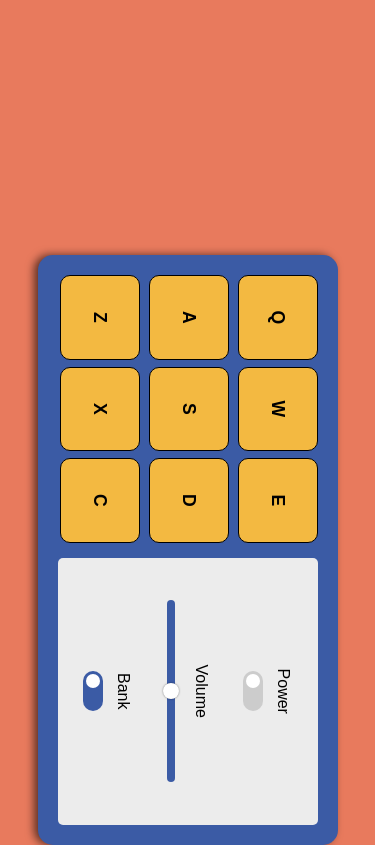
Repository: alfredoleano/drum-machine
Page: /
An editor plug-in stored every save of this project. The page is shown before and after a run of saves, followed by the edit.
The browser window is 375 px wide. The pictures show the whole page.
The project was rebuilt for these pictures with package versions that can differ from the ones it lists, and the page was loaded fresh each time.

Above is the page before, as saved 2024-06-14 13:35:27.

### src/App.js
import { useCallback, useEffect, useState } from 'react';
import './App.css';
import './styles.scss';

function App() {
  const bank1 = {
    Q: 'sounds/Heater-1.mp3',
    W: 'sounds/Heater-2.mp3',
    E: 'sounds/Heater-3.mp3',
    A: 'sounds/Heater-4_1.mp3',
    S: 'sounds/Heater-6.mp3',
    D: 'sounds/Dsc_Oh.mp3',
    Z: 'sounds/Kick_n_Hat.mp3',
    X: 'sounds/RP4_KICK_1.mp3',
    C: 'sounds/Cev_H2.mp3'
  };

  const bank2 = {
    Q: 'sounds/piano.mp3',
    W: 'sounds/jazz.wav',
    E: 'sounds/bangu.wav',
    A: 'sounds/num.wav',
    S: 'sounds/stroke.wav',
    D: 'sounds/cymbals.wav',
    Z: 'sounds/tom.wav',
    X: 'sounds/kick.wav',
    C: 'sounds/snare.wav'
  };

  const [volume, setVolume] = useState(50); // initial sound value
  const [power, setPower] = useState(false); //initial power volume
  const [bank, setBank] = useState(bank1); // initial bank value
  const [isBank1, setIsBank1] = useState(true); // initial bank toggle state

  // Function to change volume
  const changeVolume = (event) => {
    setVolume(event.target.value); // Update the state with current value of the volume slider
  };

  // Function to toggle power
  const togglePower = () => {
    setPower(!power);
  };

  // Function to switch Banks
  const toggleBank = () => {
    setBank(isBank1 ? bank2 : bank1);
    setIsBank1(!isBank1);
  }

  // Function to play sound
  const playSound = useCallback((id) => {
    if(!power) return; // Check if the power is on
    const audio = new Audio(bank[id]);
    audio.volume = volume / 100; // initial sound volume
    audio.currentTime = 0; // Set audio to beginning
    audio.play();
  }, [power, volume, bank]);

  // Use useEffect to add event listener for keydown events
  useEffect(() => {
    // Make the approptiate key play the approptiate sound
    const handleKeydown = (event) => {
      const key = event.key.toUpperCase();
      if(['Q', 'W', 'E', 'A', 'S', 'D', 'Z', 'X', 'C'].includes(key)) {
        playSound(key);

        // Add active class to the button
        const button = document.getElementById(`button-${key}`);
        if(button) {
          button.classList.add('active');
        }
      }
    };

    const handleKeyup = (event) => {
      const key = event.key.toUpperCase();
      if (['Q', 'W', 'E', 'A', 'S', 'D', 'Z', 'X', 'C'].includes(key)) {
        // Remove active class from the button
        const button = document.getElementById(`button-${key}`);
        if (button) {
          button.classList.remove('active');
        }
      }
    };

    // Add keydown event listener
    window.addEventListener('keydown', handleKeydown);
    window.addEventListener('keyup', handleKeyup);

    // Cleanup event listener on component unmount
    return () => {
      window.removeEventListener('keydown', handleKeydown);
      window.removeEventListener('keyup', handleKeyup);
    };
  }, [playSound]);

  return (
    <div className="App">
      <div id='drum-machine'>
        <div id='display'>
          <div className='buttons-grid'>
            <button id="button-Q" onClick={() => playSound('Q')}>Q</button>
            <button id="button-W" onClick={() => playSound('W')}>W</button>
            <button id="button-E" onClick={() => playSound('E')}>E</button>
            <button id="button-A" onClick={() => playSound('A')}>A</button>
            <button id="button-S" onClick={() => playSound('S')}>S</button>
            <button id="button-D" onClick={() => playSound('D')}>D</button>
            <button id="button-Z" onClick={() => playSound('Z')}>Z</button>
            <button id="button-X" onClick={() => playSound('X')}>X</button>
            <button id="button-C" onClick={() => playSound('C')}>C</button>
          </div>

          <div className='controls'>
            <div className='settings'>
              <label>Power</label>
              {/* Rounded switch */}
              <label className="switch">
                <input type="checkbox" checked={power} onChange={togglePower}/>
                <span className="slider round"></span>
              </label>
            </div>

            <div className='settings'>
              <label>Volume</label>
              <input
                type='range'
                min={0}
                max={100}
                value={volume}
                onChange={changeVolume}
                className='blue'
              />
            </div>

            <div className='settings'>
              <label>Bank</label>
              <label className="switch">
                <input type="checkbox" checked={!isBank1} onChange={toggleBank}/>
                <span className="slider bank"></span>
              </label>
            </div>
          </div>
        </div>
      </div>
    </div>
  );
}

export default App;

### src/styles.scss
$primary-color: #E87A5D;
$secondary-color: #F3B941;
$tertiary-color: #3B5BA5;

/* Apply box-sizing: border-box globally */
*,
*::before,
*::after {
  box-sizing: border-box;
}

body {
  box-sizing: border-box;
  font-family: Arial, sans-serif;
  background-color: $primary-color;
  margin: 0;
  padding: 0;
  height: 100vh;
  // display: flex;
  // align-items: center;
  // justify-content: center;
}

#drum-machine {
  width: 100vw;
  height: 100vh;
  display: flex;
  align-items: center;
  justify-content: center;
  // background-color: greenyellow;
}

#display {
  background-color: $tertiary-color;
  width: 85%;
  max-width: 590px;
  margin: 30px auto;
  padding: 20px;
  border-radius: 15px;
  box-shadow: 0 4px 8px rgba(0, 0, 0, 0.6); /* Subtle shadow */
  display: grid;
  grid-template-columns: 1fr 1fr;
  grid-auto-columns: min-content;
  gap: 15px;
}

.buttons-grid {
  display: grid;
  grid-template-columns: repeat(3, 1fr);
  grid-template-rows: repeat(3, 1fr);
  gap: 7px;
  width: 100%;
}

.buttons-grid button {
  width: 100%px;
  height: 80px;
  // width: 100%;
  // height: 100%;
  border-radius: 10px;
  border: 1px solid #000;
  // border: none;
  font-weight: 800;
  font-size: 1.1rem;
  cursor: pointer;
  outline: none;
  background-color: #F3B941;
}

.buttons-grid button:active {
  background-color: #f1c979;
}

// For keydown event
.buttons-grid button.active {
  background-color: #f1c979;
}

.controls {
  padding: 10px;
  width: 100%;
  display: flex;
  align-items: center;
  justify-content: center;
  flex-direction: column;
  border-radius: 5px;
  background-color: #ececec;
}

.settings {
  display: flex;
  flex-direction: column;
  justify-content: space-around;
  align-items: center;
  padding: 10px;
  height: 35%;
  width: 100%;
}


/********************* Rounded switch styling ***********************/

/* The switch - the box around the slider */
.switch {
  position: relative;
  display: inline-block;
  width: 40px;
  height: 20px;
  // margin-top: 5px;
}

/* Hide default HTML checkbox */
.switch input {
  opacity: 0;
  width: 0;
  height: 0;
}

/* The slider */
.slider {
  position: absolute;
  cursor: pointer;
  top: 0;
  left: 0;
  right: 0;
  bottom: 0;
  background-color: #ccc;
  -webkit-transition: .4s;
  transition: .4s;
  border-radius: 25px;
}

.slider.bank {
  background: $tertiary-color;
}

.slider:before {
  position: absolute;
  content: "";
  height: 14px;
  width: 14px;
  left: 3px;
  bottom: 3px;
  background-color: white;
  -webkit-transition: .4s;
  transition: .4s;
  border-radius: 50%;
}

input:checked + .slider {
  background-color: $tertiary-color;
}

input:focus + .slider {
  box-shadow: 0 0 1px $tertiary-color;
}

input:checked + .slider:before {
  -webkit-transform: translateX(20px);
  -ms-transform: translateX(20px);
  transform: translateX(20px);
}

/* Rounded sliders */
.slider.round {
  border-radius: 34px;
}

.slider.round:before {
  border-radius: 50%;
}


/********************* Volume slider styling ***********************/
/* Style the range input */
input[type="range"] {
  appearance: none; /* Standard property */
  -webkit-appearance: none; /* WebKit browsers (Chrome, Safari, iOS) */
  -moz-appearance: none; /* Firefox */
  -ms-appearance: none; /* Internet Explorer and Edge */
  width: 80%;
  height: 8px; /* Adjust height as needed */
  background: $tertiary-color; /* Track color */
  border-radius: 5px;
  outline: none;
  opacity: 1;
  transition: opacity .2s;
}

/* Style the thumb for WebKit browsers (e.g., Chrome, Safari) */
input[type="range"]::-webkit-slider-thumb {
  -webkit-appearance: none; /* Remove default styling */
  appearance: none;
  width: 16px; /* Adjust thumb width as needed */
  height: 16px; /* Adjust thumb height as needed */
  background: #ffffff; /* Thumb color */
  border-radius: 50%; /* Make thumb round */
  cursor: pointer;
  box-shadow: 0 0 2px rgba(0, 0, 0, 0.5);
}


/* Style the thumb for Firefox */
input[type="range"]::-moz-range-thumb {
  -moz-appearance: none; /* Remove default styling */
  appearance: none; /* Standard property */
  width: 16px; /* Adjust thumb width as needed */
  height: 16px; /* Adjust thumb height as needed */
  background: #ffffff; /* Thumb color */
  border-radius: 50%; /* Make thumb round */
  cursor: pointer;
  box-shadow: 0 0 2px rgba(0, 0, 0, 0.5);
}

/* Style the thumb for Internet Explorer */
input[type="range"]::-ms-thumb {
  -ms-appearance: none; /* Remove default styling */
  appearance: none; /* Standard property */
  width: 16px; /* Adjust thumb width as needed */
  height: 16px; /* Adjust thumb height as needed */
  background: #ffffff; /* Thumb color */
  border-radius: 50%; /* Make thumb round */
  cursor: pointer;
  box-shadow: 0 0 2px rgba(0, 0, 0, 0.5);
}

/* Style the track for Internet Explorer */
input[type="range"]::-ms-track {
  width: 75%;
  height: 8px; /* Adjust height as needed */
  background: $tertiary-color; /* Track color */
  border-color: transparent;
  color: transparent;
  border-radius: 5px;
}

/******************** Mobile Design **********************/
@media screen and (max-width: 490px) {
  // body {
  //   display: flex;
  //   justify-content: center;
  //   align-items: center;
  // }

  // #drum-machine {
  //   height: 100vh;
  //   width: 100vw;
  //   // background-color: pink;
  // }

  // #display {
  //   width: 700px;
  //   height: 85vw;
  //   transform: rotate(90deg);
  //   transform-origin: center;
  // }

  body {
    display: flex;
    justify-content: center;
    align-items: center;
    overflow: scroll; /* Prevents scrollbars from appearing */
  }

  #drum-machine {
    height: 100vh;
    width: 100vw;
    position: relative; /* Allows child absolute positioning */
    // background-color: pink;
  }

  #display {
    position: absolute;
    width: 85vh; /* Adjusted width to fit within viewport height when rotated */
    height: 80vw; /* Adjusted height to fit within viewport width when rotated */
    // left: 50%; /* Centers the element horizontally */
    // top: 50%;  /* Centers the element vertically */
    transform: translate(0%, 50%) rotate(90deg); /* Adjusts positioning and rotates */
    transform-origin: center center;
  }
}

Loaded but not shown: public/index.html (common file); src/index.js (common file); src/index.css (common file); src/reportWebVitals.js (common file); src/App.css (common file)

After the next 2 saves:
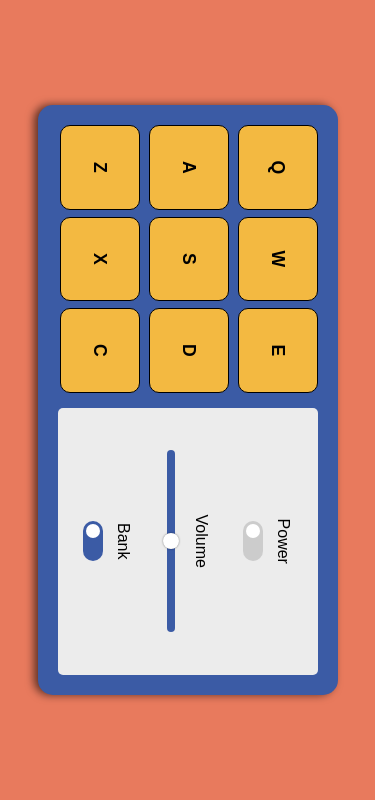
The 2 saves are shown as one change because they came seconds apart.
The last was saved 7 s later.
--- a/src/styles.scss
+++ b/src/styles.scss
@@ -275,7 +275,7 @@ input[type="range"]::-ms-track {
     height: 80vw; /* Adjusted height to fit within viewport width when rotated */
     // left: 50%; /* Centers the element horizontally */
     // top: 50%;  /* Centers the element vertically */
-    transform: translate(0%, 50%) rotate(90deg); /* Adjusts positioning and rotates */
+    transform: translate(0%, 0%) rotate(90deg); /* Adjusts positioning and rotates */
     transform-origin: center center;
   }
 }
